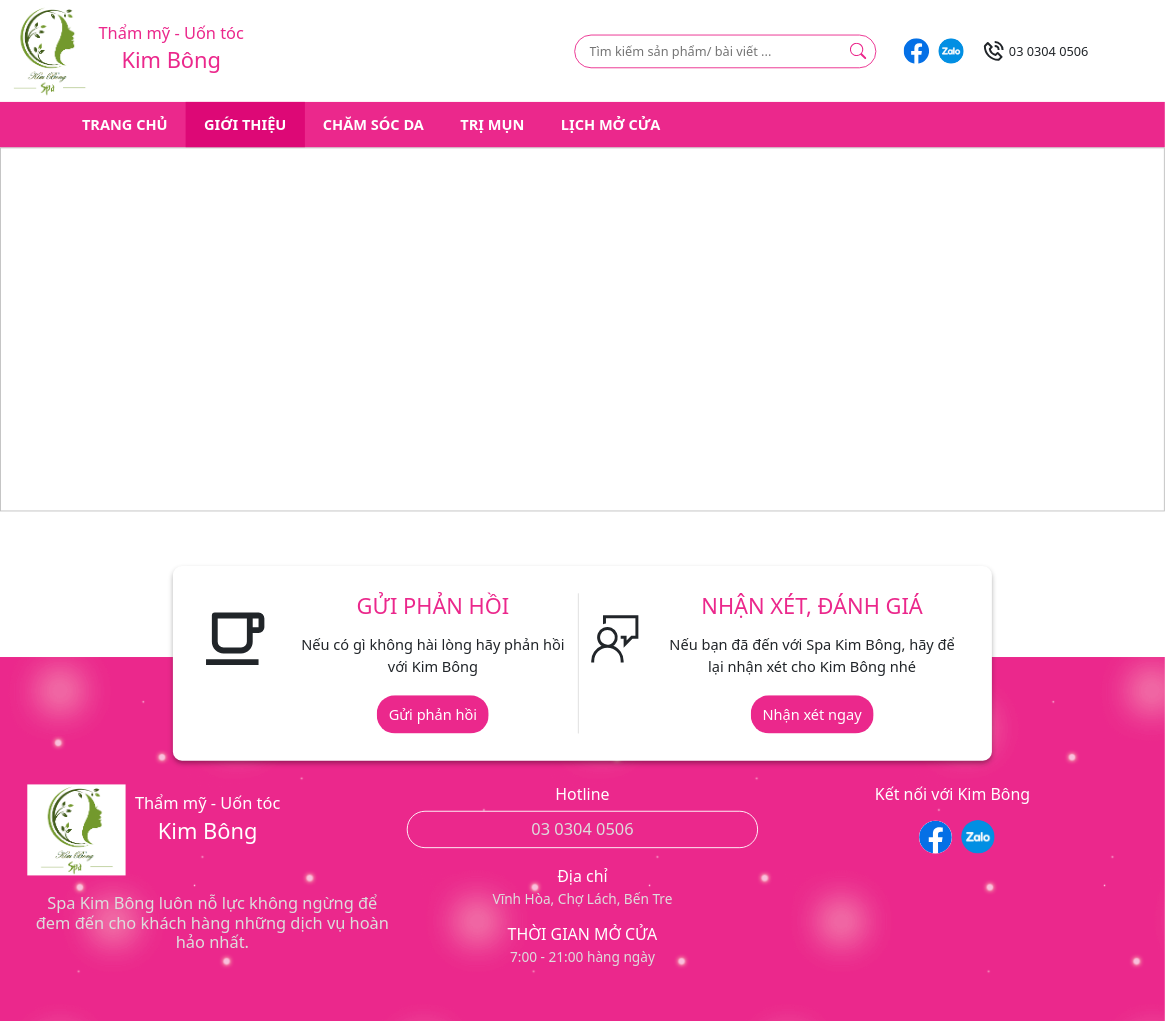
Repository: tranduykhuong/SpaKimBong
Page: /about
These files come from the project's save history. The page is drawn as it stood at one moment and after the next save; the edit follows.
The browser window is 1280 px wide. The pictures show the whole page, at 91% of full size.
The project was rebuilt for these pictures with package versions that can differ from the ones it lists, and the page was loaded fresh each time. Also part of the build but not shown: src/components/Header/Slider/slider.scss, src/components/Header/Slider/Slider.js, src/components/Header/ListImage/listImage.scss, src/components/Header/ListImage/ListImage.js, src/pages/Home/home.scss, src/pages/Home/ListImage/listImage.scss, src/pages/Home/ListImage/ListImage.js, src/pages/Home/BookOnline/bookOnl.scss and 6 more.

Above is the page before, as saved 2022-06-01 00:09:14.

### src/App.js
import "./App.css";
import Header from "./components/Header/Header";
import Home from "./pages/Home/Home";
import "bootstrap/dist/css/bootstrap.min.css";
import { Route, Routes } from "react-router-dom";
import About from "./pages/About/About";

function App() {
  return (
    <div className="App">
      <Header />
      <Routes>
        <Route path="/" element={<Home />} />
        <Route path="/about" element={<About />} />
      </Routes>
    </div>
  );
}

export default App;

### src/components/Header/Header.js
import React, { useEffect, useState } from "react";
import "./header.scss";
import { BsSearch, BsFacebook } from "react-icons/bs";
import { BiPhoneCall } from "react-icons/bi";
import Slider from "./Slider/Slider";
import ListImage from "./ListImage/ListImage";
import { Link, useLocation } from "react-router-dom";

function Header() {
  const path = useLocation().pathname;
  const [fixedNavbar, setFixedNavbar] = useState(false);

  useEffect(() => {
    // set fixed navbar
    const handleScroll = () => {
      if (window.scrollY < 1) {
        setFixedNavbar(true);
      }

      if (window.scrollY > 170) setFixedNavbar(true);
      else setFixedNavbar(false);
    };

    window.addEventListener("scroll", handleScroll);

    // cleanup function
    return () => {
      window.removeEventListener("scroll", handleScroll);
    };
  }, []);

  return (
    <div className="header">
      <div className={"infor " + (fixedNavbar ? "mg-navbar" : "")}>
        <div className="logo">
          <img src="../../img/logoSpa.png" alt="" />
          <div className="nameSpa">
            <h4>Thẩm mỹ - Uốn tóc</h4>
            <h2>Kim Bông</h2>
          </div>
        </div>

        <div className="search">
          <input type="text" placeholder="Tìm kiếm sản phẩm/ bài viết ..." />
          <a className="icon">
            <BsSearch className="iconSearch" />
          </a>
        </div>

        <div className="contact">
          <a href="/" className="icon">
            <BsFacebook className="iconFacebook" />
          </a>
          <a href="/" className="icon">
            <img src="../../img/Zalo.png" alt="" className="iconZalo" />
          </a>

          <div className="phone">
            <BiPhoneCall className="iconPhone" />
            <h3>03 0304 0506</h3>
          </div>
        </div>
      </div>
      <div className={"myNavbar " + (fixedNavbar ? "fixedNavbar" : "")}>
        <div className="navbarContent">
          <ul className="navbarList">
            <li className={path === "/" ? "active" : ""}>
              <Link to="/">TRANG CHỦ</Link>
            </li>
            <li className={path === "/about" ? "active" : ""}>
              <Link to="/about">GIỚI THIỆU</Link>
            </li>
            <li className={path === "/skin" ? "active" : ""}>
              <Link to="/">CHĂM SÓC DA</Link>
            </li>
            <li className={path === "/acne" ? "active" : ""}>
              <Link to="/">TRỊ MỤN</Link>
            </li>
            <li className={path === "/open-time" ? "active" : ""}>
              <Link to="/">LỊCH MỞ CỬA</Link>
            </li>
          </ul>
        </div>
      </div>
      {/* <Slider /> */}
      {/* <ListImage /> */}
    </div>
  );
}

export default Header;

### src/pages/About/About.js
import "./About.scss";
import React from "react";
import Footer from "./../../components/Footer/Footer";

const About = () => {
  return (
    <div>
      <div className="container1">
        <div className="container-image">
          <img scr="https://i.pinimg.com/originals/2c/84/5a/2c845a66b8ad2a8aafd288bdc16cd459.jpg"></img>
        </div>
      </div>

      <Footer />
    </div>
  );
};

export default About;

### src/components/Header/header.scss
$height-navbar: 5rem;

.header {
    .mg-navbar {
        margin-bottom: $height-navbar;
    }

    .infor {
        max-width: 1200px;
        padding: .6rem 0;
        display: flex;
        justify-content: space-between;

        .logo {
            display: flex;
            flex: 1;

            img {
                height: 10rem;
            }

            .nameSpa {
                color: #eb288c;
                margin: auto 0;

                h4 {
                    font-size: 1.8rem;
                    font-weight: 500;
                }

                h2 {
                    font-size: 2.4rem;
                }
            }
        }


        .search {
            margin: auto 0;
            border-radius: 50px;
            border: solid .1rem #eb288c;
            height: 37px;
            display: flex;

            input {
                font-size: 1.4rem;
                margin: auto 16px;
                min-width: 26rem;
                border: none;
                outline: none;
            }

            .icon {
                margin: auto 10px;
                cursor: pointer;
            }

            .iconSearch {
                width: 1.8rem;
                height: 1.8rem;
                color: #eb288c;

                &:hover {
                    color: #f867b2;
                }
            }
        }

        .contact {
            display: flex;
            margin-left: 20px;

            .icon {
                margin: auto 0;
                margin-left: 10px;

            }

            .iconFacebook {
                width: 2.8rem;
                height: 2.8rem;
                color: rgba($color: #0570e6, $alpha: 1.0);
            }

            .iconZalo {
                width: 2.8rem;
                height: 2.8rem;
                border-radius: 50%;
            }

            .phone {
                margin: auto 0;
                margin-left: 20px;
                display: flex;

                .iconPhone {
                    width: 2.6rem;
                    height: 2.6rem;
                }

                h3 {
                    font-size: 1.4rem;
                    font-weight: 500;
                    margin: auto 4px;
                }
            }

        }
    }

    .fixedNavbar {
        position: fixed;
        top: 0;
        left: 0;
        z-index: 50;
        width: 100%;
        animation: fixedNavbar 1s forwards;
    }

    @keyframes fixedNavbar {
        from {
            top: -5rem;
            opacity: 0;
        }

        to {
            top: 0;
            opacity: 1;
        }
    }

    .myNavbar {
        height: $height-navbar;
        background-color: #eb288c;

        .navbarContent {
            max-width: 1200px;
            margin: 0 auto;

            .navbarList {
                display: flex;
                margin: 0 1rem;
                // justify-content: space-evenly;

                li {
                    list-style: none;

                    a {
                        line-height: $height-navbar;
                        height: $height-navbar;
                        display: block;
                        color: #fff;
                        font-size: 1.6rem;
                        font-weight: 600;
                        text-decoration: none;
                        padding: 0 2rem;
                    }

                    &:hover {
                        background-color: #f844a1;
                        cursor: pointer;
                    }
                }

                .active {
                    background-color: #dd0876;
                }
            }
        }
    }
}

### src/components/Footer/Footer.js
import React, { useEffect } from "react";
import "./footer.scss";
import { BsFacebook } from "react-icons/bs";
import { RiCupLine } from "react-icons/ri";
import { VscFeedback } from "react-icons/vsc";

const Footer = () => {
  return (
    <div className="footer">
      <div className="logo">
        <div className="info">
          <img src="../../img/logoSpa.png" alt="" />
          <div className="nameSpa">
            <h4>Thẩm mỹ - Uốn tóc</h4>
            <h2>Kim Bông</h2>
          </div>
        </div>

        <h5>
          Spa Kim Bông luôn nỗ lực không ngừng để đem đến cho khách hàng những
          dịch vụ hoàn hảo nhất.
        </h5>
      </div>

      <div className="address">
        <h3>Hotline</h3>
        <div className="hotline">03 0304 0506</div>
        <h3>Địa chỉ</h3>
        <h4>Vĩnh Hòa, Chợ Lách, Bến Tre</h4>
        <h3>THỜI GIAN MỞ CỬA</h3>
        <h4>7:00 - 21:00 hàng ngày</h4>
      </div>
      <div className="contact">
        <h3>Kết nối với Kim Bông</h3>
        <a href="/" className="icon">
          <BsFacebook className="iconFacebook" />
        </a>
        <a href="/" className="icon">
          <img src="../../img/Zalo.png" alt="" className="iconZalo" />
        </a>
      </div>

      <div className="subFooter">
        <div className="report">
          <RiCupLine className="icon" />
          <div>
            <h3>Gửi phản hồi</h3>
            <p>Nếu có gì không hài lòng hãy phản hồi với Kim Bông</p>
            <div className="btn">Gửi phản hồi</div>
          </div>
        </div>
        <div className="feedback">
          <VscFeedback className="icon" />
          <div>
            <h3>Nhận xét, Đánh giá</h3>
            <p>
              Nếu bạn đã đến với Spa Kim Bông, hãy để lại nhận xét cho Kim Bông
              nhé
            </p>
            <div className="btn">Nhận xét ngay</div>
          </div>
        </div>
      </div>
    </div>
  );
};

export default Footer;

### src/pages/About/About.scss
.container1 {
  .container-image {
    img {
      width: 100%;
      height: 400px;

    }
  }
}

### src/components/Footer/footer.scss
$title-color: #fff;

.footer {
    background-image: url(../../../public/img/sparkle1.png), url(../../../public/img/sparkle2.png);
    width: 100%;
    height: 400px;
    background-color: #eb288c;
    animation: sparkle 60s linear infinite;
    padding: 14rem 3rem 0;
    display: flex;
    justify-content: space-around;
    position: relative;
    margin-top: 16rem;

    .logo {
        flex: 1;

        .info {
            display: flex;

            img {
                height: 10rem;
            }

            .nameSpa {
                color: $title-color;
                margin: 1rem;

                h4 {
                    font-size: 1.8rem;
                    font-weight: 500;
                }

                h2 {
                    font-size: 2.4rem;
                }
            }
        }

        h5 {
            margin: 2rem .6rem;
            font-size: 1.8rem;
            font-weight: 400;
            color: #ddd;
        }
    }

    .contact {
        flex: 1;

        h3 {
            margin-bottom: 1.8rem;
            color: $title-color;
        }

        .icon {
            margin: auto 0;
            margin-left: 10px;

        }

        .iconFacebook {
            width: 3.6rem;
            height: 3.6rem;
            color: rgba($color: #0570e6, $alpha: 1.0);
            background-color: $title-color;
            border-radius: 50%;
        }

        .iconZalo {
            width: 3.7rem;
            height: 3.7rem;
            border-radius: 50%;
        }
    }

    .address {
        color: #ddd;
        flex: 1;

        h3 {
            // margin-bottom: 2rem;
            color: $title-color;
        }

        h4 {
            margin-bottom: 2rem;
        }

        .hotline {
            padding: .6rem;
            font-size: 1.8rem;
            margin: .8rem 1rem 2rem;
            border: 1px solid $title-color;
            border-radius: 2rem;

            &:hover {
                color: $title-color;
                cursor: pointer;
            }
        }
    }

    @keyframes sparkle {
        0% {
            background-position: 0px 0px, 0px 0px, 0px 0px;
        }

        100% {
            background-position: -500px -1000px, -400px -400px, 300px 300px;
        }
    }

    .subFooter {
        width: 100%;
        max-width: 90rem;
        min-height: 20rem;
        box-shadow: 0 3px 6px -4px rgba(0, 0, 0, 0.2), 0 3px 6px rgba(0, 0, 0, 0.3);

        background-color: #fff;
        border-radius: 1rem;
        z-index: 50;
        top: -10rem;
        left: 50%;
        transform: translateX(-50%);
        position: absolute;
        display: flex;
        padding: 3rem;
        justify-content: space-around;

        .report,
        .feedback {
            display: flex;
            flex: 1;
            justify-content: center;

            h3 {
                text-transform: uppercase;
                font-size: 2.4rem;
                color: #eb288c;
            }

            p {
                font-size: 1.6rem;
                padding: 1rem;
            }

            .icon {
                height: 10rem;
                width: 10rem;
                margin-right: 2rem;
            }

            .btn {
                padding: 0.8rem 1.2rem;
                background-color: #eb288c;
                border-radius: 2rem;
                font-size: 1.6rem;
                color: #fff;

                &:hover {
                    background-color: #cc1574;
                }
            }
        }

        .report {
            border-right: 1px solid #ddd;
        }

        .feedback {
            margin-left: 1rem;
        }
    }
}

Loaded but not shown: public/index.html (common file); src/index.js (common file); src/index.css (common file); src/reportWebVitals.js (common file); src/App.css (common file)

After the next save:
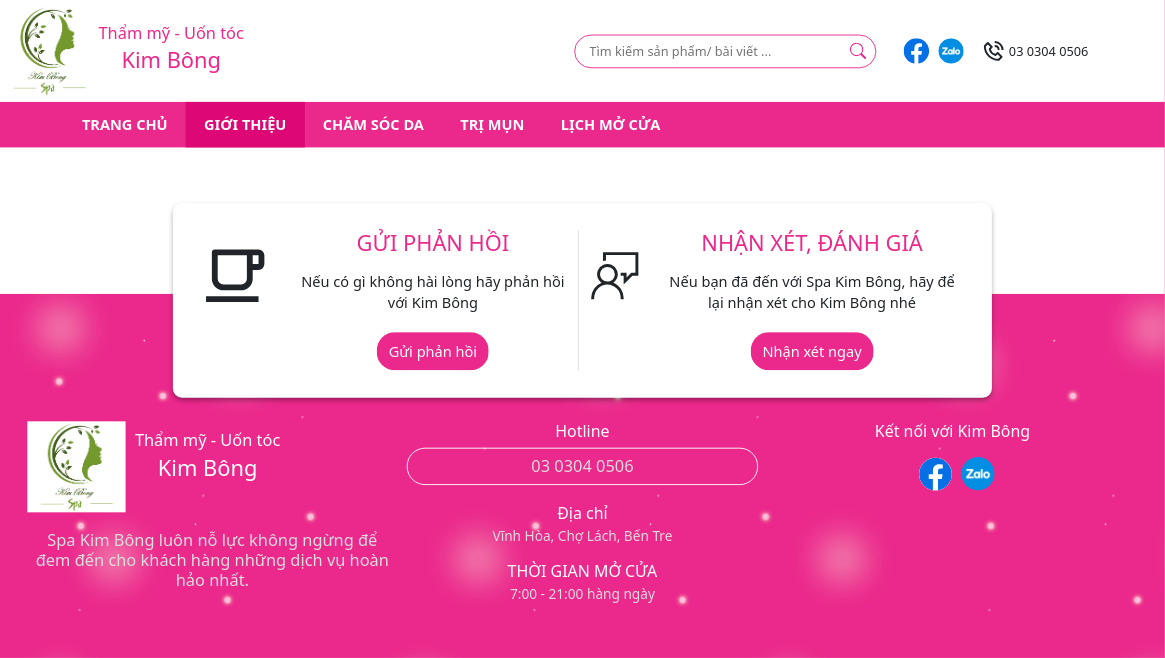
Saved 25 s later.
--- a/src/pages/About/About.scss
+++ b/src/pages/About/About.scss
@@ -1,4 +1,4 @@
-.container1 {
+.container {
   .container-image {
     img {
       width: 100%;

After the save that followed:
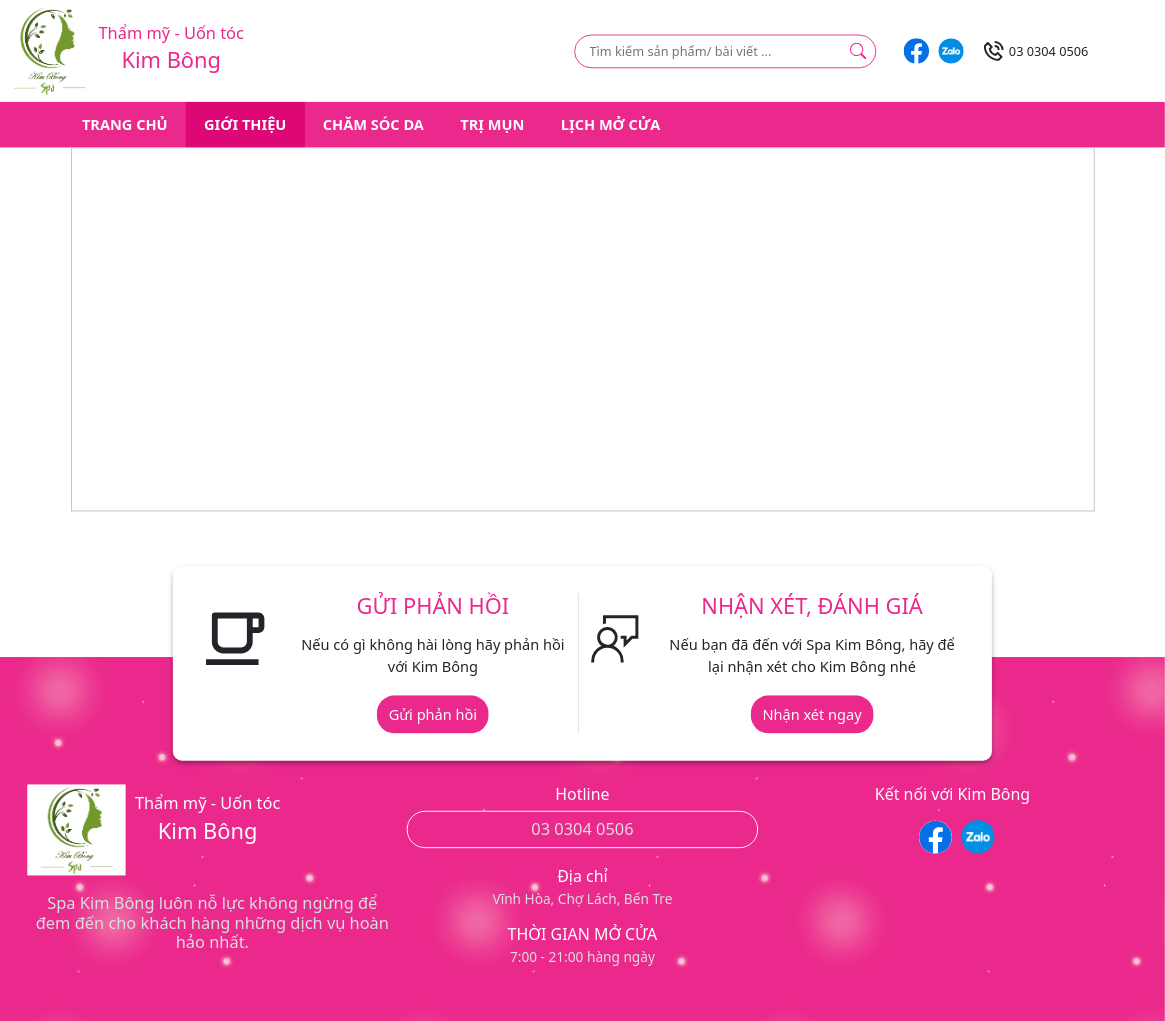
Saved 2 s later.
--- a/src/pages/About/About.js
+++ b/src/pages/About/About.js
@@ -5,7 +5,7 @@ import Footer from "./../../components/Footer/Footer";
 const About = () => {
   return (
     <div>
-      <div className="container1">
+      <div className="container">
         <div className="container-image">
           <img scr="https://i.pinimg.com/originals/2c/84/5a/2c845a66b8ad2a8aafd288bdc16cd459.jpg"></img>
         </div>
